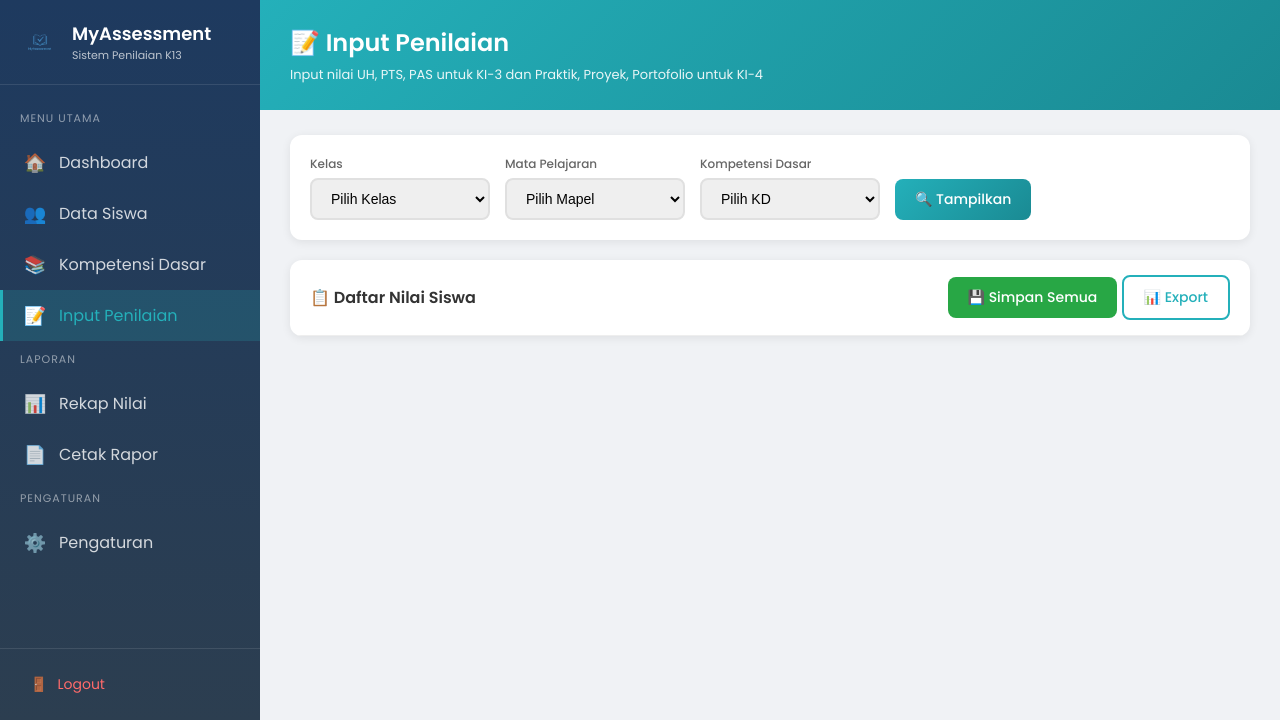
Repository: Ws529/MyAssassment_Final
Page: MyAssessment/wwwroot/penilaian.html
An editor plug-in stored every save of this project. The page is shown before and after the next save, followed by the edit.
The browser window is 1280 px wide. The pictures show the whole page.
The page's requests for data from a server got no answer.

Above is the page before, as saved 2026-01-01 15:54:28.

### MyAssessment/wwwroot/penilaian.html
<!DOCTYPE html>
<html lang="id">
<head>
    <meta charset="utf-8" />
    <meta name="viewport" content="width=device-width, initial-scale=1.0" />
    <title>Input Penilaian - My Assessment</title>
    <link href="https://fonts.googleapis.com/css2?family=Poppins:wght@300;400;500;600;700&display=swap" rel="stylesheet">
    <style>
        * { margin: 0; padding: 0; box-sizing: border-box; }
        body { font-family: 'Poppins', sans-serif; background: #f0f2f5; }
        .app-container { display: flex; min-height: 100vh; }

        /* Sidebar */
        .sidebar { width: 260px; background: linear-gradient(180deg, #1e3a5f 0%, #2c3e50 100%); color: white; position: fixed; height: 100vh; overflow-y: auto; z-index: 100; }
        .sidebar-header { padding: 20px; display: flex; align-items: center; gap: 12px; border-bottom: 1px solid rgba(255,255,255,0.1); }
        .sidebar-header img { width: 40px; height: 40px; }
        .sidebar-header h2 { font-size: 18px; font-weight: 600; }
        .sidebar-header span { font-size: 11px; opacity: 0.7; display: block; }
        .sidebar-menu { padding: 15px 0; }
        .menu-label { padding: 10px 20px; font-size: 11px; text-transform: uppercase; opacity: 0.5; letter-spacing: 1px; }
        .menu-item { display: flex; align-items: center; gap: 12px; padding: 12px 20px; color: rgba(255,255,255,0.8); text-decoration: none; transition: all 0.3s; border-left: 3px solid transparent; }
        .menu-item:hover { background: rgba(255,255,255,0.1); color: white; }
        .menu-item.active { background: rgba(36, 176, 186, 0.2); border-left-color: #24b0ba; color: #24b0ba; }
        .menu-item .icon { font-size: 18px; width: 24px; text-align: center; }
        .sidebar-footer { position: absolute; bottom: 0; width: 100%; padding: 15px 20px; border-top: 1px solid rgba(255,255,255,0.1); }
        .logout-btn { display: flex; align-items: center; gap: 10px; color: #ff6b6b; text-decoration: none; font-size: 14px; padding: 10px; border-radius: 8px; }

        /* Main Content */
        .main-content { flex: 1; margin-left: 260px; min-height: 100vh; }
        .top-header { background: linear-gradient(135deg, #24b0ba, #1a8a93); color: white; padding: 25px 30px; }
        .page-title h1 { font-size: 24px; font-weight: 600; display: flex; align-items: center; gap: 10px; }
        .page-title p { font-size: 13px; opacity: 0.9; margin-top: 5px; }
        .content-area { padding: 25px 30px; }

        /* Filter Bar */
        .filter-bar { background: white; padding: 20px; border-radius: 12px; box-shadow: 0 2px 10px rgba(0,0,0,0.08); margin-bottom: 20px; display: flex; gap: 15px; flex-wrap: wrap; align-items: flex-end; }
        .filter-group { display: flex; flex-direction: column; gap: 5px; }
        .filter-group label { font-size: 12px; font-weight: 500; color: #666; }
        .filter-select { padding: 10px 15px; border: 2px solid #e0e0e0; border-radius: 8px; font-size: 14px; min-width: 180px; outline: none; }
        .filter-select:focus { border-color: #24b0ba; }

        /* Cards */
        .card { background: white; border-radius: 12px; box-shadow: 0 2px 10px rgba(0,0,0,0.08); overflow: hidden; margin-bottom: 20px; }
        .card-header { padding: 15px 20px; border-bottom: 1px solid #eee; display: flex; justify-content: space-between; align-items: center; }
        .card-header h3 { font-size: 16px; font-weight: 600; color: #333; }
        .card-body { padding: 20px; }

        /* Grade Table */
        .grade-table { width: 100%; border-collapse: collapse; font-size: 13px; }
        .grade-table th { background: #f8f9fa; padding: 10px 12px; text-align: center; font-weight: 600; color: #555; border: 1px solid #e0e0e0; }
        .grade-table td { padding: 8px 10px; border: 1px solid #e0e0e0; text-align: center; }
        .grade-table .student-name { text-align: left; font-weight: 500; }
        .grade-input { width: 50px; padding: 6px; border: 1px solid #ddd; border-radius: 4px; text-align: center; font-size: 13px; }
        .grade-input:focus { border-color: #24b0ba; outline: none; }
        .grade-avg { font-weight: 600; color: #24b0ba; }

        /* Buttons */
        .btn { padding: 10px 20px; border: none; border-radius: 8px; font-size: 14px; font-weight: 500; cursor: pointer; display: inline-flex; align-items: center; gap: 8px; transition: all 0.3s; font-family: 'Poppins', sans-serif; }
        .btn-primary { background: linear-gradient(135deg, #24b0ba, #1a8a93); color: white; }
        .btn-primary:hover { transform: translateY(-2px); box-shadow: 0 4px 15px rgba(36,176,186,0.4); }
        .btn-success { background: #28a745; color: white; }
        .btn-outline { background: transparent; border: 2px solid #24b0ba; color: #24b0ba; }
        .btn-outline:hover { background: #24b0ba; color: white; }

        /* Message */
        .message { padding: 12px 15px; border-radius: 8px; margin-bottom: 15px; display: none; font-size: 14px; }
        .message.success { background: #d4edda; color: #155724; display: block; }
        .message.error { background: #f8d7da; color: #721c24; display: block; }

        .empty-state { text-align: center; padding: 50px 20px; color: #888; }
        .empty-state .icon { font-size: 48px; margin-bottom: 15px; }

        /* Stats */
        .stats-row { display: grid; grid-template-columns: repeat(auto-fit, minmax(200px, 1fr)); gap: 15px; margin-bottom: 20px; }
        .stat-card { background: white; padding: 20px; border-radius: 12px; box-shadow: 0 2px 10px rgba(0,0,0,0.08); }
        .stat-card h4 { font-size: 12px; color: #888; margin-bottom: 5px; }
        .stat-card .value { font-size: 28px; font-weight: 700; color: #24b0ba; }

        @media (max-width: 992px) {
            .sidebar { width: 70px; }
            .sidebar-header h2, .sidebar-header span, .menu-label, .menu-item span { display: none; }
            .main-content { margin-left: 70px; }
        }
        @media (max-width: 768px) {
            .sidebar { display: none; }
            .main-content { margin-left: 0; }
            .filter-bar { flex-direction: column; }
            .filter-select { width: 100%; }
        }
    </style>
</head>
<body>
    <div class="app-container">
        <!-- Sidebar -->
        <aside class="sidebar">
            <div class="sidebar-header">
                <img src="assets/img/logo.png" alt="Logo">
                <div><h2>MyAssessment</h2><span>Sistem Penilaian K13</span></div>
            </div>
            <nav class="sidebar-menu">
                <div class="menu-label">Menu Utama</div>
                <a href="index.html" class="menu-item"><span class="icon">🏠</span><span>Dashboard</span></a>
                <a href="siswa.html" class="menu-item"><span class="icon">👥</span><span>Data Siswa</span></a>
                <a href="kompetensi.html" class="menu-item"><span class="icon">📚</span><span>Kompetensi Dasar</span></a>
                <a href="penilaian.html" class="menu-item active"><span class="icon">📝</span><span>Input Penilaian</span></a>
                <div class="menu-label">Laporan</div>
                <a href="penilaian.html" class="menu-item"><span class="icon">📊</span><span>Rekap Nilai</span></a>
                <a href="penilaian.html" class="menu-item"><span class="icon">📄</span><span>Cetak Rapor</span></a>
                <div class="menu-label">Pengaturan</div>
                <a href="pengaturan.html" class="menu-item"><span class="icon">⚙️</span><span>Pengaturan</span></a>
            </nav>
            <div class="sidebar-footer">
                <a href="login.html" class="logout-btn" onclick="logout()"><span>🚪</span><span>Logout</span></a>
            </div>
        </aside>

        <!-- Main Content -->
        <main class="main-content">
            <div class="top-header">
                <div class="page-title">
                    <h1>📝 Input Penilaian</h1>
                    <p>Input nilai UH, PTS, PAS untuk KI-3 dan Praktik, Proyek, Portofolio untuk KI-4</p>
                </div>
            </div>

            <div class="content-area">
                <div class="message" id="message"></div>

                <!-- Filter Bar -->
                <div class="filter-bar">
                    <div class="filter-group">
                        <label>Kelas</label>
                        <select class="filter-select" id="filterKelas" onchange="loadGrades()">
                            <option value="">Pilih Kelas</option>
                        </select>
                    </div>
                    <div class="filter-group">
                        <label>Mata Pelajaran</label>
                        <select class="filter-select" id="filterMapel" onchange="loadGrades()">
                            <option value="">Pilih Mapel</option>
                        </select>
                    </div>
                    <div class="filter-group">
                        <label>Kompetensi Dasar</label>
                        <select class="filter-select" id="filterKD" onchange="loadGrades()">
                            <option value="">Pilih KD</option>
                        </select>
                    </div>
                    <div class="filter-group">
                        <label>&nbsp;</label>
                        <button class="btn btn-primary" onclick="loadGrades()">🔍 Tampilkan</button>
                    </div>
                </div>

                <!-- Stats -->
                <div class="stats-row" id="statsRow" style="display: none;">
                    <div class="stat-card">
                        <h4>Jumlah Siswa</h4>
                        <div class="value" id="statTotal">0</div>
                    </div>
                    <div class="stat-card">
                        <h4>Rata-rata Kelas</h4>
                        <div class="value" id="statAvg">0</div>
                    </div>
                    <div class="stat-card">
                        <h4>Tuntas (≥KKM)</h4>
                        <div class="value" id="statPass">0</div>
                    </div>
                    <div class="stat-card">
                        <h4>Belum Tuntas</h4>
                        <div class="value" id="statFail">0</div>
                    </div>
                </div>

                <!-- Grade Table -->
                <div class="card">
                    <div class="card-header">
                        <h3>📋 Daftar Nilai Siswa</h3>
                        <div>
                            <button class="btn btn-success" onclick="saveAllGrades()">💾 Simpan Semua</button>
                            <button class="btn btn-outline" onclick="exportGrades()">📊 Export</button>
                        </div>
                    </div>
                    <div class="card-body" style="padding: 0; overflow-x: auto;">
                        <table class="grade-table" id="gradeTable">
                            <thead id="gradeHead"></thead>
                            <tbody id="gradeBody"></tbody>
                        </table>
                    </div>
                </div>
            </div>
        </main>
    </div>

    <script>
        const API_URL = '/api';
        let students = [];
        let grades = [];
        let currentKD = null;

        document.addEventListener('DOMContentLoaded', function() {
            loadFilters();
        });

        async function loadFilters() {
            try {
                // Load Kelas
                const kelasRes = await fetch(`${API_URL}/kelas`);
                const kelasList = await kelasRes.json();
                const filterKelas = document.getElementById('filterKelas');
                filterKelas.innerHTML = '<option value="">Pilih Kelas</option>';
                kelasList.forEach(k => filterKelas.innerHTML += `<option value="${k.nama}">${k.nama}</option>`);

                // Load Mapel
                const mapelRes = await fetch(`${API_URL}/mapel`);
                const mapelList = await mapelRes.json();
                const filterMapel = document.getElementById('filterMapel');
                filterMapel.innerHTML = '<option value="">Pilih Mapel</option>';
                mapelList.forEach(m => filterMapel.innerHTML += `<option value="${m.nama}">${m.nama}</option>`);

                // Load KD
                const kdRes = await fetch(`${API_URL}/kompetensi`);
                const kdList = await kdRes.json();
                const filterKD = document.getElementById('filterKD');
                filterKD.innerHTML = '<option value="">Pilih KD</option>';
                kdList.forEach(kd => filterKD.innerHTML += `<option value="${kd.id}" data-kkm="${kd.kkm}" data-ki="${kd.jenisKI}">${kd.kodeKD} - ${kd.jenisKI}</option>`);
            } catch (err) { console.error(err); }
        }

        async function loadGrades() {
            const kelas = document.getElementById('filterKelas').value;
            const mapel = document.getElementById('filterMapel').value;
            const kdId = document.getElementById('filterKD').value;

            if (!kelas || !kdId) {
                document.getElementById('gradeHead').innerHTML = '';
                document.getElementById('gradeBody').innerHTML = '<tr><td colspan="10"><div class="empty-state"><div class="icon">📝</div><h4>Pilih Kelas dan KD terlebih dahulu</h4></div></td></tr>';
                document.getElementById('statsRow').style.display = 'none';
                return;
            }

            try {
                // Get KD info
                const kdOption = document.querySelector(`#filterKD option[value="${kdId}"]`);
                const kkm = parseInt(kdOption.dataset.kkm) || 75;
                const jenisKI = kdOption.dataset.ki;

                // Load students
                const studentsRes = await fetch(`${API_URL}/siswa`);
                students = (await studentsRes.json()).filter(s => s.kelas === kelas);

                // Load grades
                const gradesRes = await fetch(`${API_URL}/nilai?kdId=${kdId}`);
                grades = await gradesRes.json();

                renderGradeTable(jenisKI, kkm);
                document.getElementById('statsRow').style.display = 'grid';
            } catch (err) {
                showMessage('Gagal memuat data', 'error');
            }
        }

        function renderGradeTable(jenisKI, kkm) {
            const thead = document.getElementById('gradeHead');
            const tbody = document.getElementById('gradeBody');

            // Headers based on KI type
            let headers = '<tr><th>No</th><th>Nama Siswa</th>';
            if (jenisKI === 'KI-3') {
                headers += '<th>UH1</th><th>UH2</th><th>UH3</th><th>PTS</th><th>PAS</th>';
            } else {
                headers += '<th>Praktik</th><th>Proyek</th><th>Portofolio</th>';
            }
            headers += '<th>Rata-rata</th><th>Predikat</th></tr>';
            thead.innerHTML = headers;

            if (students.length === 0) {
                tbody.innerHTML = '<tr><td colspan="10"><div class="empty-state"><div class="icon">👥</div><h4>Tidak ada siswa di kelas ini</h4></div></td></tr>';
                return;
            }

            let totalAvg = 0;
            let passCount = 0;

            tbody.innerHTML = students.map((s, i) => {
                const grade = grades.find(g => g.studentId === s.id) || {};
                let avg = 0;
                let inputs = '';

                if (jenisKI === 'KI-3') {
                    const uh1 = grade.uh1 || '';
                    const uh2 = grade.uh2 || '';
                    const uh3 = grade.uh3 || '';
                    const pts = grade.pts || '';
                    const pas = grade.pas || '';

                    inputs = `
                        <td><input type="number" class="grade-input" data-student="${s.id}" data-field="uh1" value="${uh1}" min="0" max="100" onchange="calcAvg(this)"></td>
                        <td><input type="number" class="grade-input" data-student="${s.id}" data-field="uh2" value="${uh2}" min="0" max="100" onchange="calcAvg(this)"></td>
                        <td><input type="number" class="grade-input" data-student="${s.id}" data-field="uh3" value="${uh3}" min="0" max="100" onchange="calcAvg(this)"></td>
                        <td><input type="number" class="grade-input" data-student="${s.id}" data-field="pts" value="${pts}" min="0" max="100" onchange="calcAvg(this)"></td>
                        <td><input type="number" class="grade-input" data-student="${s.id}" data-field="pas" value="${pas}" min="0" max="100" onchange="calcAvg(this)"></td>
                    `;
                    const vals = [uh1, uh2, uh3, pts, pas].filter(v => v !== '').map(Number);
                    avg = vals.length ? (vals.reduce((a, b) => a + b, 0) / vals.length).toFixed(1) : 0;
                } else {
                    const praktik = grade.praktik || '';
                    const proyek = grade.proyek || '';
                    const portofolio = grade.portofolio || '';

                    inputs = `
                        <td><input type="number" class="grade-input" data-student="${s.id}" data-field="praktik" value="${praktik}" min="0" max="100" onchange="calcAvg(this)"></td>
                        <td><input type="number" class="grade-input" data-student="${s.id}" data-field="proyek" value="${proyek}" min="0" max="100" onchange="calcAvg(this)"></td>
                        <td><input type="number" class="grade-input" data-student="${s.id}" data-field="portofolio" value="${portofolio}" min="0" max="100" onchange="calcAvg(this)"></td>
                    `;
                    const vals = [praktik, proyek, portofolio].filter(v => v !== '').map(Number);
                    avg = vals.length ? (vals.reduce((a, b) => a + b, 0) / vals.length).toFixed(1) : 0;
                }

                totalAvg += parseFloat(avg);
                if (parseFloat(avg) >= kkm) passCount++;

                const predikat = avg >= 90 ? 'A' : avg >= 80 ? 'B' : avg >= kkm ? 'C' : 'D';

                return `
                    <tr>
                        <td>${i + 1}</td>
                        <td class="student-name">${s.nama}</td>
                        ${inputs}
                        <td class="grade-avg" id="avg-${s.id}">${avg}</td>
                        <td><strong>${predikat}</strong></td>
                    </tr>
                `;
            }).join('');

            // Update stats
            document.getElementById('statTotal').textContent = students.length;
            document.getElementById('statAvg').textContent = (totalAvg / students.length).toFixed(1);
            document.getElementById('statPass').textContent = passCount;
            document.getElementById('statFail').textContent = students.length - passCount;
        }

        function calcAvg(input) {
            const studentId = input.dataset.student;
            const row = input.closest('tr');
            const inputs = row.querySelectorAll('.grade-input');
            const vals = Array.from(inputs).map(i => i.value).filter(v => v !== '').map(Number);
            const avg = vals.length ? (vals.reduce((a, b) => a + b, 0) / vals.length).toFixed(1) : 0;
            document.getElementById(`avg-${studentId}`).textContent = avg;
        }

        async function saveAllGrades() {
            const kdId = document.getElementById('filterKD').value;
            const inputs = document.querySelectorAll('.grade-input');
            const gradeData = {};

            inputs.forEach(input => {
                const studentId = input.dataset.student;
                const field = input.dataset.field;
                if (!gradeData[studentId]) gradeData[studentId] = { studentId, kdId };
                gradeData[studentId][field] = input.value ? parseInt(input.value) : null;
            });

            try {
                for (const studentId in gradeData) {
                    await fetch(`${API_URL}/nilai`, {
                        method: 'POST',
                        headers: { 'Content-Type': 'application/json' },
                        body: JSON.stringify(gradeData[studentId])
                    });
                }
                showMessage('Nilai berhasil disimpan!', 'success');
            } catch (err) {
                showMessage('Gagal menyimpan nilai', 'error');
            }
        }

        function exportGrades() {
            const kelas = document.getElementById('filterKelas').value;
            let csv = 'No,Nama,Nilai\n';
            students.forEach((s, i) => {
                const avg = document.getElementById(`avg-${s.id}`).textContent;
                csv += `${i + 1},${s.nama},${avg}\n`;
            });
            const blob = new Blob([csv], { type: 'text/csv' });
            const a = document.createElement('a');
            a.href = URL.createObjectURL(blob);
            a.download = `Nilai_${kelas}.csv`;
            a.click();
            showMessage('Data berhasil diekspor!', 'success');
        }

        function showMessage(text, type) {
            const msg = document.getElementById('message');
            msg.textContent = text;
            msg.className = 'message ' + type;
            setTimeout(() => msg.className = 'message', 3000);
        }

        function logout() {
            localStorage.removeItem('userSession');
            sessionStorage.removeItem('userSession');
        }
    </script>
</body>
</html>

After the next save:
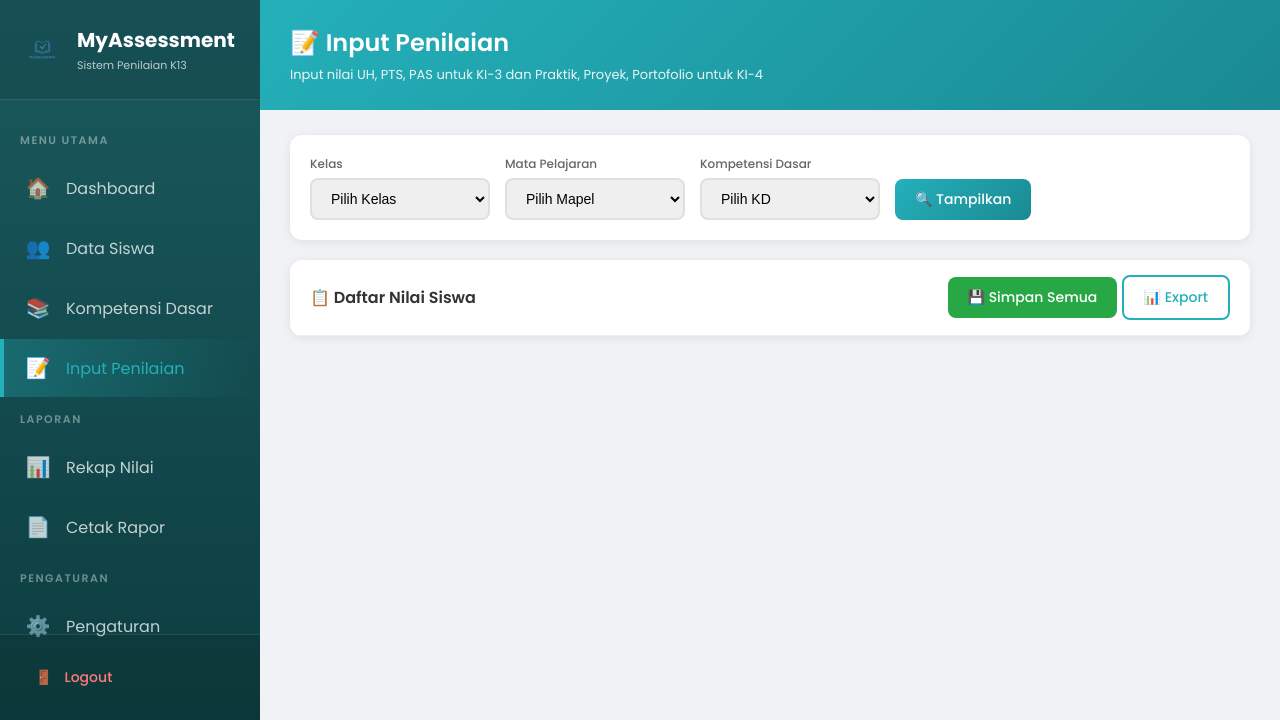
Saved 17 s later.
--- a/MyAssessment/wwwroot/penilaian.html
+++ b/MyAssessment/wwwroot/penilaian.html
@@ -10,20 +10,21 @@
         body { font-family: 'Poppins', sans-serif; background: #f0f2f5; }
         .app-container { display: flex; min-height: 100vh; }
 
-        /* Sidebar */
-        .sidebar { width: 260px; background: linear-gradient(180deg, #1e3a5f 0%, #2c3e50 100%); color: white; position: fixed; height: 100vh; overflow-y: auto; z-index: 100; }
-        .sidebar-header { padding: 20px; display: flex; align-items: center; gap: 12px; border-bottom: 1px solid rgba(255,255,255,0.1); }
-        .sidebar-header img { width: 40px; height: 40px; }
-        .sidebar-header h2 { font-size: 18px; font-weight: 600; }
-        .sidebar-header span { font-size: 11px; opacity: 0.7; display: block; }
-        .sidebar-menu { padding: 15px 0; }
-        .menu-label { padding: 10px 20px; font-size: 11px; text-transform: uppercase; opacity: 0.5; letter-spacing: 1px; }
-        .menu-item { display: flex; align-items: center; gap: 12px; padding: 12px 20px; color: rgba(255,255,255,0.8); text-decoration: none; transition: all 0.3s; border-left: 3px solid transparent; }
-        .menu-item:hover { background: rgba(255,255,255,0.1); color: white; }
-        .menu-item.active { background: rgba(36, 176, 186, 0.2); border-left-color: #24b0ba; color: #24b0ba; }
-        .menu-item .icon { font-size: 18px; width: 24px; text-align: center; }
-        .sidebar-footer { position: absolute; bottom: 0; width: 100%; padding: 15px 20px; border-top: 1px solid rgba(255,255,255,0.1); }
-        .logout-btn { display: flex; align-items: center; gap: 10px; color: #ff6b6b; text-decoration: none; font-size: 14px; padding: 10px; border-radius: 8px; }
+        /* Sidebar - Teal Theme */
+        .sidebar { width: 260px; background: linear-gradient(180deg, #1a5a5e 0%, #0d3d40 100%); color: white; position: fixed; height: 100vh; overflow-y: auto; z-index: 100; }
+        .sidebar-header { padding: 25px 20px; display: flex; align-items: center; gap: 12px; border-bottom: 1px solid rgba(255,255,255,0.1); background: rgba(0,0,0,0.1); }
+        .sidebar-header img { width: 45px; height: 45px; border-radius: 10px; }
+        .sidebar-header h2 { font-size: 20px; font-weight: 700; }
+        .sidebar-header span { font-size: 11px; opacity: 0.7; display: block; margin-top: 2px; }
+        .sidebar-menu { padding: 20px 0; }
+        .menu-label { padding: 12px 20px 8px; font-size: 11px; text-transform: uppercase; color: rgba(255,255,255,0.4); letter-spacing: 1.5px; font-weight: 600; }
+        .menu-item { display: flex; align-items: center; gap: 14px; padding: 14px 20px; color: rgba(255,255,255,0.75); text-decoration: none; transition: all 0.3s; border-left: 4px solid transparent; margin: 2px 0; }
+        .menu-item:hover { background: rgba(36, 176, 186, 0.15); color: white; border-left-color: rgba(36, 176, 186, 0.5); }
+        .menu-item.active { background: linear-gradient(90deg, rgba(36, 176, 186, 0.3) 0%, transparent 100%); border-left-color: #24b0ba; color: #24b0ba; }
+        .menu-item .icon { font-size: 20px; width: 28px; text-align: center; }
+        .sidebar-footer { position: absolute; bottom: 0; width: 100%; padding: 20px; border-top: 1px solid rgba(255,255,255,0.1); background: rgba(0,0,0,0.1); }
+        .logout-btn { display: flex; align-items: center; gap: 12px; color: #ff7b7b; text-decoration: none; font-size: 14px; font-weight: 500; padding: 12px 15px; border-radius: 10px; }
+        .logout-btn:hover { background: rgba(255,107,107,0.15); }
 
         /* Main Content */
         .main-content { flex: 1; margin-left: 260px; min-height: 100vh; }
